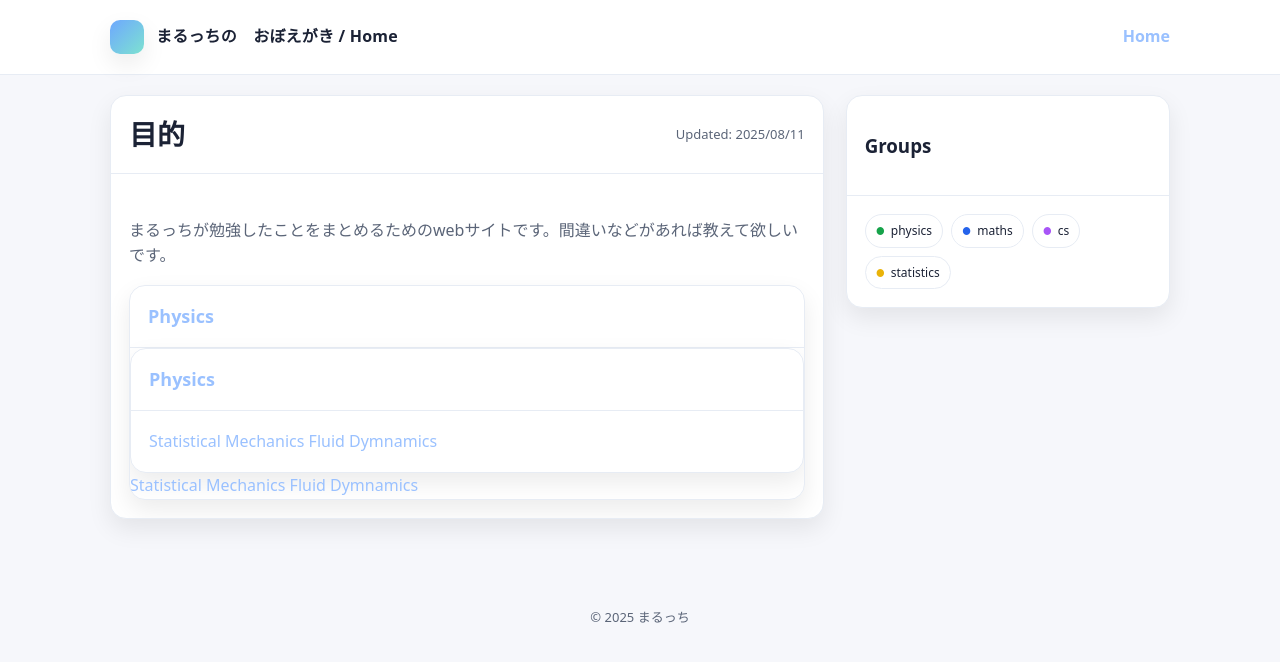
Repository: Riki-Mochimaru/tureduretunedune
Page: index.html
These files come from the project's save history. The page is drawn as it stood at one moment and after the next save; the edit follows.
The browser window is 1280 px wide. The pictures show the whole page.

Above is the page before, as saved 2025-08-11 23:53:13.

After the next save:
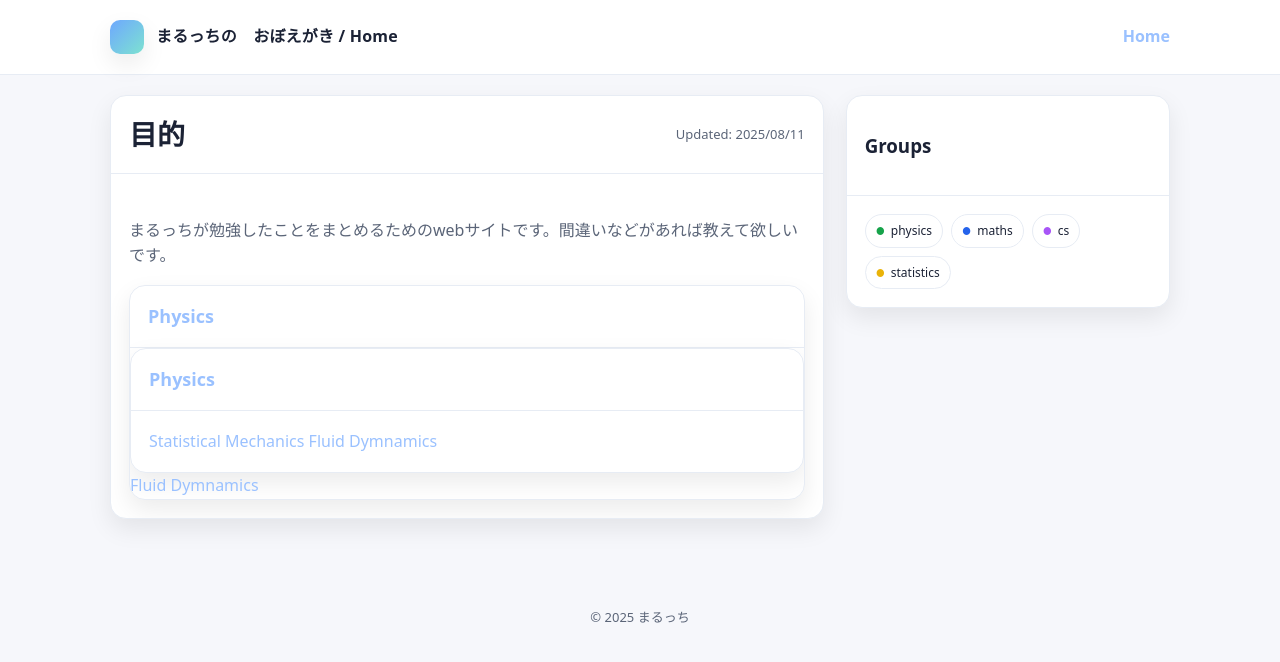
Saved 5 s later.
--- a/index.html
+++ b/index.html
@@ -45,7 +45,7 @@
                   <a href="physics/SM/">Statistical Mechanics</a>
                   <a href="physics/FluidDynamics/">Fluid Dymnamics</a>
               </article>
-                <a href="physics/SM/">Statistical Mechanics</a>
+
                 <a href="physics/FluidDynamics/">Fluid Dymnamics</a>
           </div>
         </article>
